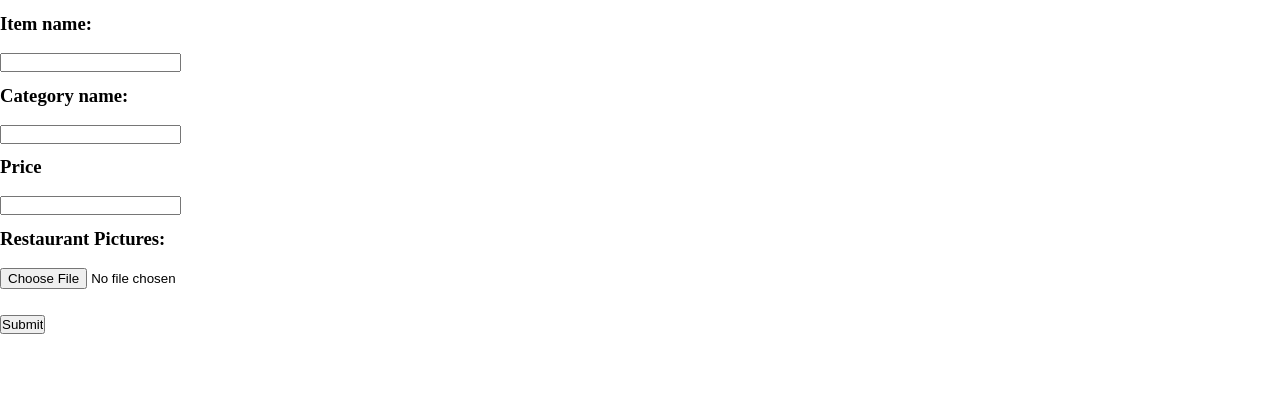
Repository: jatannoury/Ecommerce-Laravel-Electron
Page: Admin-electron/src/HTML/add_item.html
These files come from the project's save history. The page is drawn as it stood at one moment and after the next save; the edit follows.
The browser window is 1280 px wide. The pictures show the whole page.

Above is the page before, as saved 2022-06-10 22:49:50.

### Admin-electron/src/HTML/add_item.html
<!DOCTYPE html>
<html lang="en">

    <head>
        <meta charset="UTF-8">
        <link rel="stylesheet" href="../CSS/styles.css">
        <title>Admin-Add_item</title>
    </head>

    <body>
        <form action="/action_page.php">
            <h3 for="item_name" class="one" id="item_name ">Item name:</h3><br>
            <input type="text"  name="fname" ><br>
            <h3 for="Category_name" class="one" id="Category_name">Category name:</h3><br>
            <input type="text"  name="fname" ><br>
            <h3 for="price" class="one" id="price">Price</h3><br>
            <input type="text"  name="fname" ><br>
            <div >
            <h3 for="pictures" class="one">Restaurant Pictures:</h3><br>
            <input id="pictures" type="file" accept="image/*">
            </div>
            <input type="submit" class="submit" value="Submit">

        </form>
    </body>
</html>

### Admin-electron/src/CSS/styles.css
*{
    padding: 0;
    margin: 0;
    box-sizing: border-box;
}
.box-1, .box-2{
    padding:5% 5% 5% 5%;
    margin-left:0% ;
    margin-top: 20%;
    border-radius: 20px;
}

.box-1{
    margin-left: 30%;
}

.box-2{
    margin-left: 5%;
}

 .box-2:hover, .box-1:hover{
    border-color: red;
}

.one{
    margin-top: 1%;
}

.submit{
    margin-top: 2%;
    marg
    padding: 1% 1% 1% 1%;
}

After the next save:
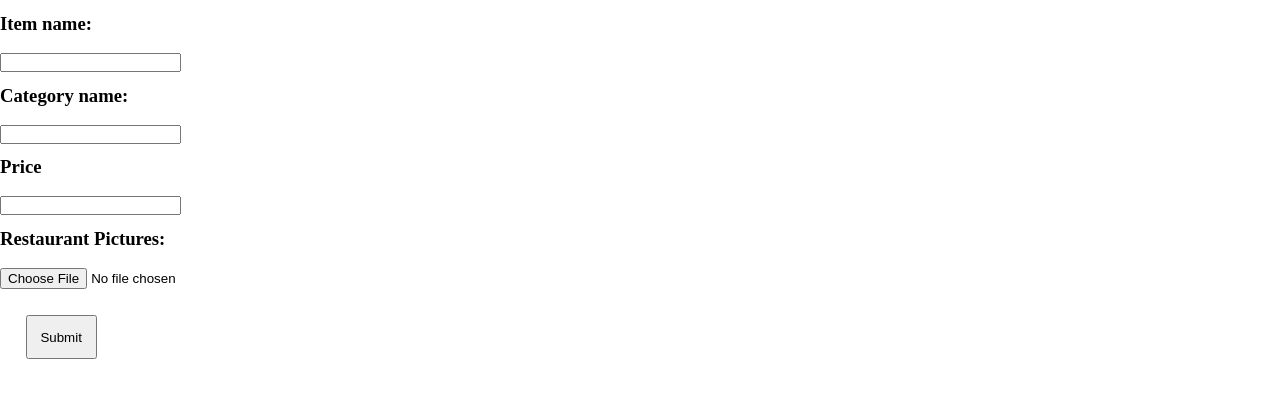
Saved 4 s later.
--- a/Admin-electron/src/CSS/styles.css
+++ b/Admin-electron/src/CSS/styles.css
@@ -28,6 +28,6 @@
 
 .submit{
     margin-top: 2%;
-    marg
+    margin-left: 2%;
     padding: 1% 1% 1% 1%;
 }
